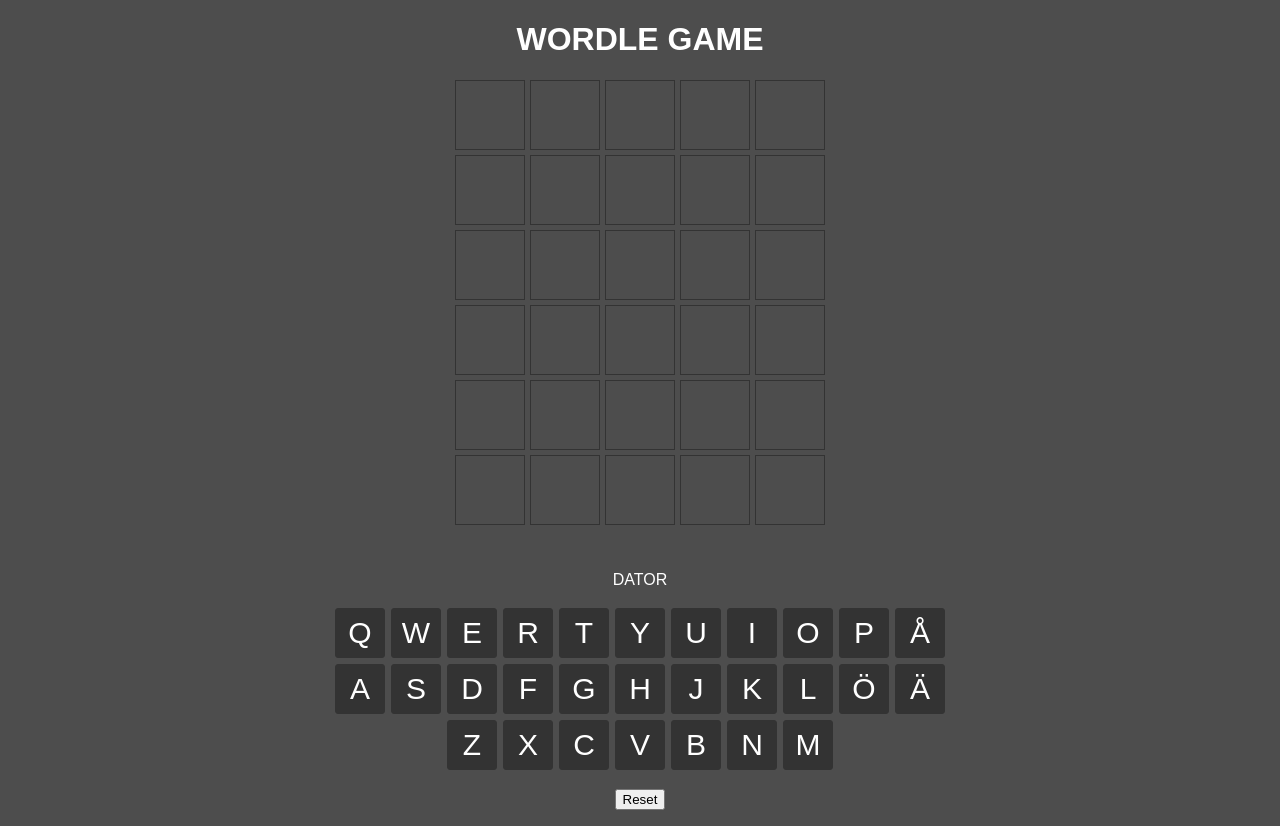
Repository: KarimIsaac/WorldeGame
Page: index.html
These files come from the project's save history. The page is drawn as it stood at one moment and after the next save; the edit follows.
The browser window is 1280 px wide. The pictures show the whole page.

Above is the page before, as saved 2022-03-13 07:12:32.

### index.html
<!DOCTYPE html>
<html lang="en">
<head>
    <meta charset="UTF-8">
    <meta http-equiv="X-UA-Compatible" content="IE=edge">
    <meta name="viewport" content="width=device-width, initial-scale=1.0">
    <title>Worlde Game</title>
    <link rel="stylesheet" href="style.css">
</head>
<body>

    <h1>Wordle Game</h1>
    <div id="grid"></div>
    <p id="answer"></p>
    <div id="keyboard"></div>

    <p>
      <button onClick="init()">Reset</button>
      </o>

      <script src="script.js"></script>
</body>
</html>

### style.css
html,
body {
  text-align: center;
  background: rgb(77, 77, 77);
  color: white;
  text-transform: uppercase;
  font-family: sans-serif;
}

#grid {
  display: inline-grid;
  grid-template-rows: repeat(6, 70px);
  grid-template-columns: repeat(5, 70px);
  gap: 5px;
  margin-bottom: 30px;
}

#grid div {
  border: 1px solid #333;
  display: flex;
  align-items: center;
  justify-content: center;
  font-size: 40px;
}

#keyboard button {
  appearance: none;
  border: 1px solid #333;
  background: #333;
  color: white;
  font-size: 30px;
  display: inline-block;
  width: 50px;
  height: 50px;
  line-height: 1;
  margin: 3px;
  text-transform: uppercase;
  border-radius: 3px;
}

.answer{
display: none;

}

### script.js
const grid = document.getElementById("grid");
const keyboard = document.getElementById("keyboard");

let answer = "";

const words = [
, "spela"
, "äpple"
, "hoppa"
, "dansa"
, "dator"
, "cykla"
, "skola"
, "träna"
];

let attempts = [];
let currentAttempt = "";

function drawGrid() {
  grid.innerHTML = "";

  for (i = 0; i < 6; i++) {
    for (j = 0; j < 5; j++) {
      const cell = document.createElement("div");
      grid.appendChild(cell);
    }
  }
}

function drawKeyboard() {
  keyboard.innerHTML = "";

  renderKeyboardRow("qwertyuiopå");
  renderKeyboardRow("asdfghjklöä");
  renderKeyboardRow("zxcvbnm");
}

function renderKeyboardRow(chars) {
  const row = document.createElement("div");

  for (const c of chars) {
    const key = document.createElement("button");
    key.textContent = c;
    key.onclick = () => playLetter(c);

    row.appendChild(key);
  }

  keyboard.appendChild(row);
}

function renderAttempts() {
  for (i = 0; i < attempts.length; i++) {
    const attempt = attempts[i];

    for (j = 0; j < 5; j++) {
      const letter = attempt[j];

      cell = grid.children[i * 5 + j];
      cell.textContent = letter;

      if (letter === answer[j]) {
        cell.style.backgroundColor = "green";
      } else if (answer.includes(letter)) {
        cell.style.backgroundColor = "#bfbf2e";
      } else {
        cell.style.backgroundColor = "#000";
      }
    }
  }
}

function renderCurrentAttempt() {
  for (i = 0; i < 5; i++) {
    const letter = currentAttempt[i] || "";

    cell = grid.children[attempts.length * 5 + i];
    cell.textContent = letter;
  }
}

function playLetter(letter) {
  currentAttempt = currentAttempt + letter;

  renderCurrentAttempt();
}

function handleInput(e) {
  const key = e.key.toLowerCase();

  if (key === "enter" && currentAttempt.length === 5) {
    attempts.push(currentAttempt);
    currentAttempt = "";

    renderAttempts();
  }

  if (key === "backspace" && currentAttempt.length) {
    const letters = currentAttempt.split("");
    letters.pop();
    currentAttempt = letters.join("");

    renderCurrentAttempt();
  }

  if (/^[a-z]$/.test(key) && currentAttempt.length < 5) {
    playLetter(key);
  }
}

function init() {
  attempts = [];
  currentAttempt = "";

  answer = words[Math.floor(Math.random() * words.length)];

  document.getElementById("answer").textContent = answer;

  drawGrid();
  drawKeyboard();

  renderAttempts();
  renderCurrentAttempt();

  document.removeEventListener("keydown", handleInput);
  document.addEventListener("keydown", handleInput);
}

init();

After the next save:
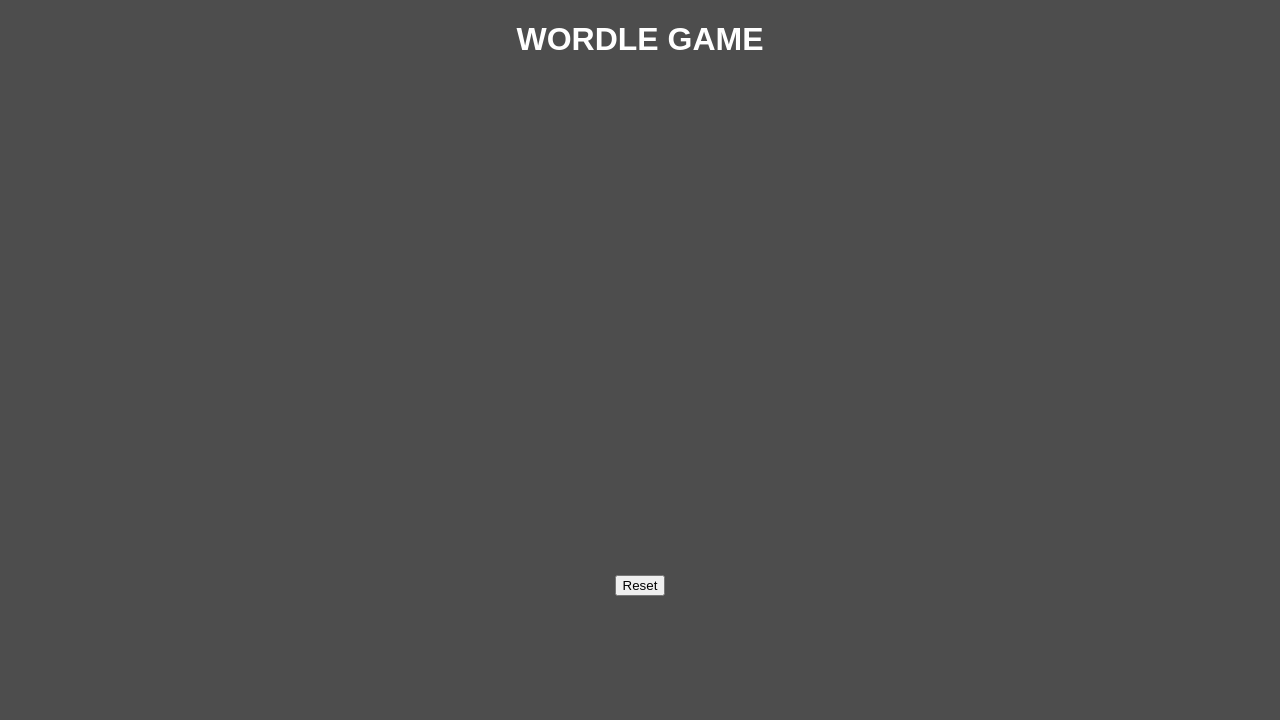
Console error: TypeError: Cannot set properties of null (setting 'textContent')
Saved 13 s later.
--- a/script.js
+++ b/script.js
@@ -115,7 +115,7 @@
 
   answer = words[Math.floor(Math.random() * words.length)];
 
-  document.getElementById("answer").textContent = answer;
+  document.getElementById("").textContent = answer;
 
   drawGrid();
   drawKeyboard();

After the save that followed:
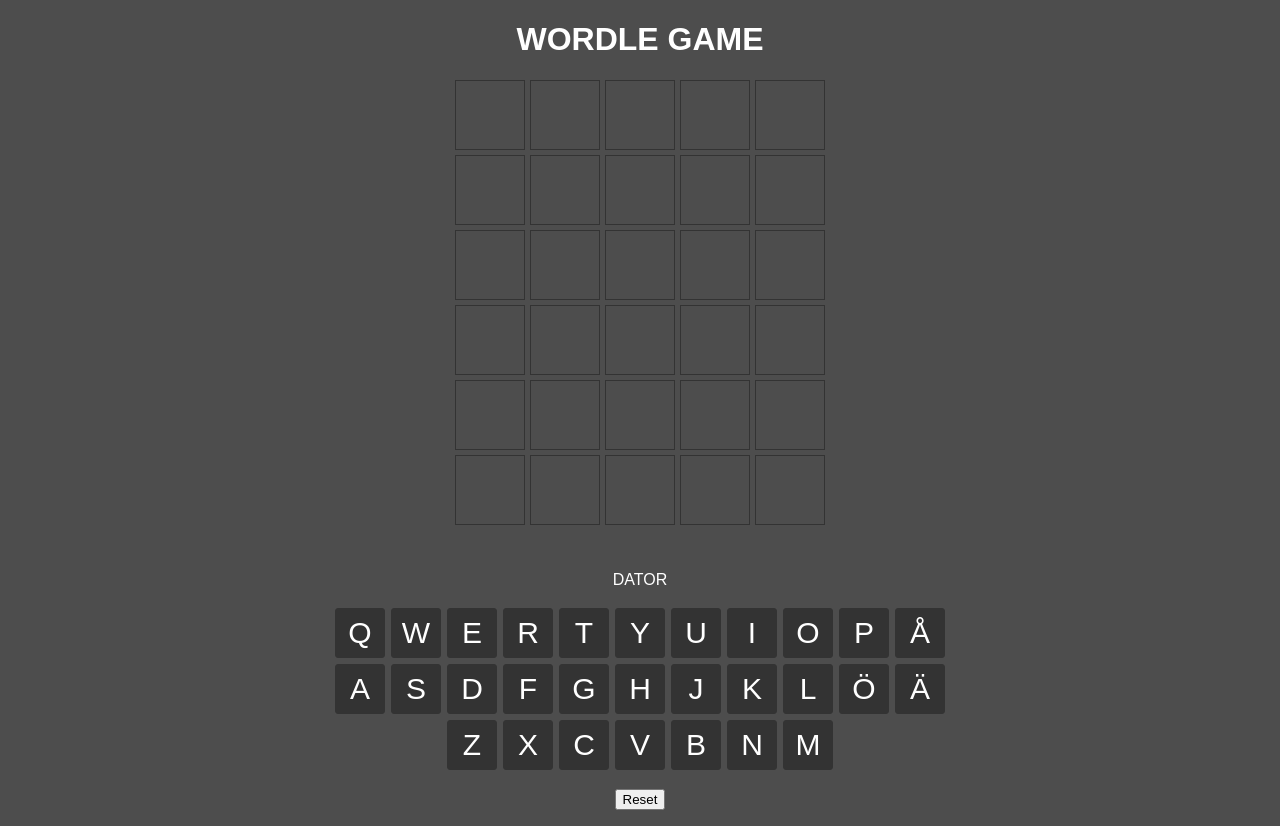
The error is gone.
Saved 4 s later.
--- a/script.js
+++ b/script.js
@@ -115,7 +115,7 @@
 
   answer = words[Math.floor(Math.random() * words.length)];
 
-  document.getElementById("").textContent = answer;
+  document.getElementById("answer").textContent = answer;
 
   drawGrid();
   drawKeyboard();
